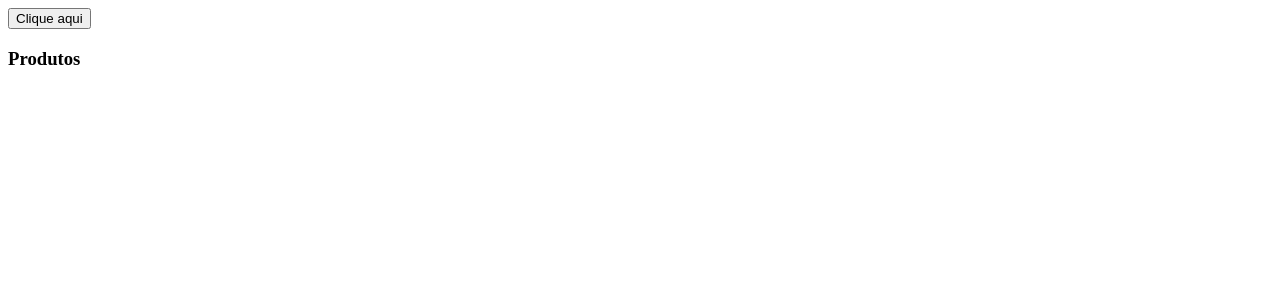
Repository: DaniloBaracho/javascript
Page: index.html
The author's editor kept a copy of each file at every save. The page is drawn from the files as they stood at one save, then again after the next save.
The browser window is 1280 px wide. The pictures show the whole page.

Above is the page before, as saved 2020-06-08 17:22:44.

After the next save:
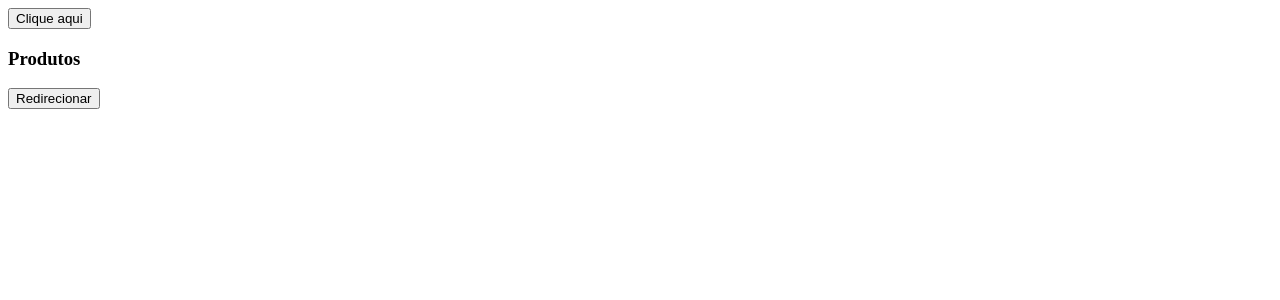
Saved 2 min 51 s later.
--- a/index.html
+++ b/index.html
@@ -11,5 +11,6 @@
 <body>
 <button type="button" onclick="butao()">Clique aqui</button>
 <h3 id="produtos">Produtos</h3>
+<button type="button" onclick="redirecionar()">Redirecionar</button>
 </body>
 </html>
--- a/JS/butao.js
+++ b/JS/butao.js
@@ -1,3 +1,6 @@
 function butao(){
    document.getElementById("produtos").innerHTML="obrigado por ver os produtos";
 }
+function redirecionar(){
+    window.open("ufal.edu.br")
+}
